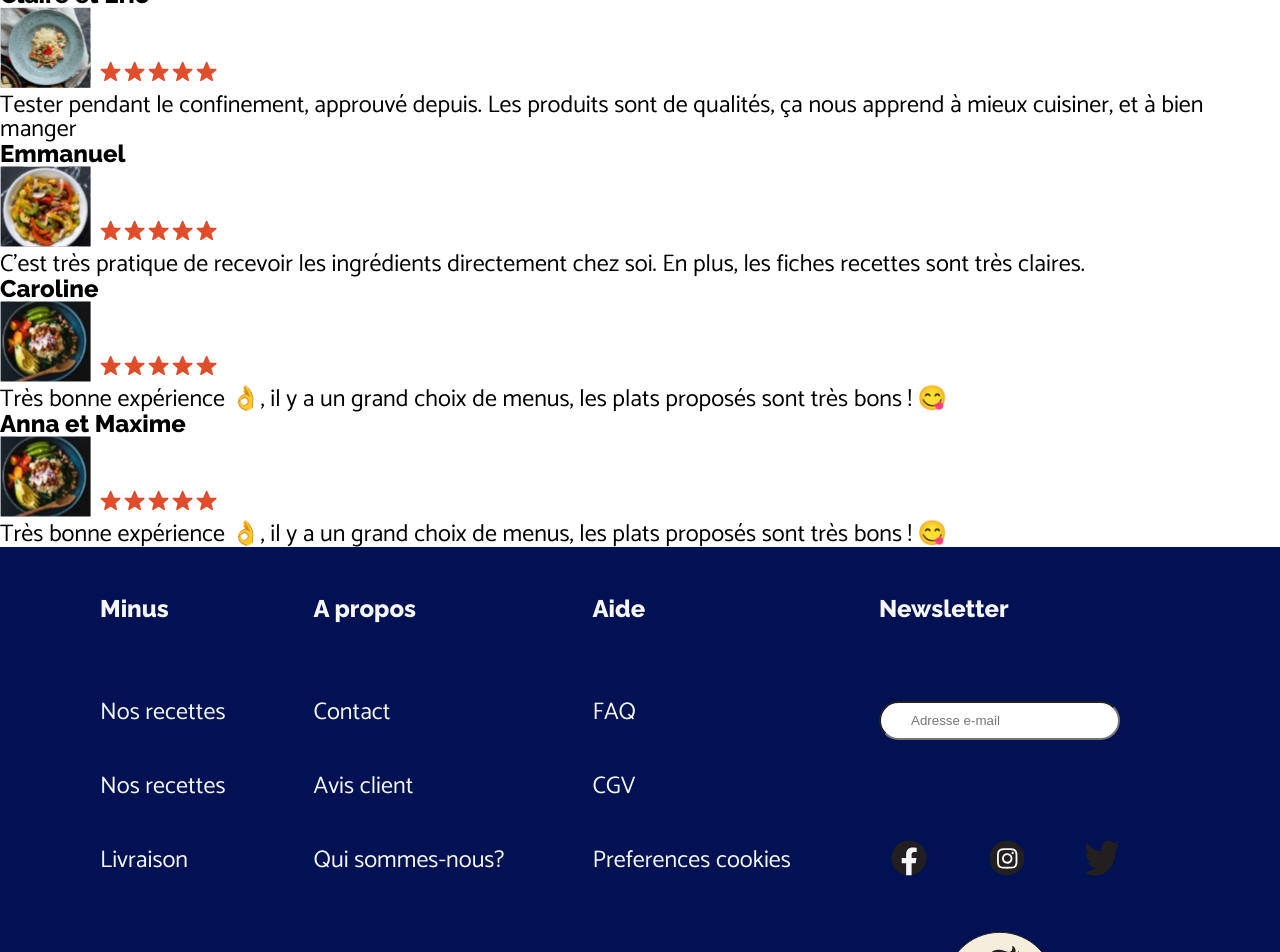
Repository: minus-team7/minus_team7
Page: minus_homepage.html
An editor plug-in stored every save of this project. The page is shown before and after a run of saves, followed by the edit.
The browser window is 1280 px wide. The pictures show the part of the page from y = 2789 to 3741 px (the page is 3837 px tall).
A picture or video elsewhere on the page could not be fetched, so the positions and the page height are approximate.

Above is the page before, as saved 2023-02-13 00:15:36.

### minus_homepage.html
<!DOCTYPE html>
<html lang="en">
<head>
    <meta charset="UTF-8">
    <meta http-equiv="X-UA-Compatible" content="IE=edge">
    <meta name="viewport" content="width=device-width, initial-scale=1.0">
    <link rel="preconnect" href="https://fonts.googleapis.com">
    <link rel="preconnect" href="https://fonts.gstatic.com" crossorigin>
    <link href="https://fonts.googleapis.com/css2?family=Catamaran:wght@100;200;300;400;500;700&family=Raleway:ital,wght@0,100;0,400;0,600;0,800;1,100&display=swap" rel="stylesheet">
    <link rel="stylesheet" href="reset.css">
    <link rel="stylesheet" href="minus_homepage.css">
    <title>Document</title>

</head>
<body>

    <div class="box">
        <img src="/assets/homepage_boxminus.svg" alt="homepage_boxminus">
    </div>

    <div class="bouton">
        <a href="#">Nos engagements</a>
    </div>
    <section class="nos-engagements">

        <div class="engagement">
            <img src="/assets/engagement_icone_qualite_produits.svg" alt="engagement_icone_qualite_produits">
            <h2>Qualité des produits</h2>
            <p>Nous travaillons avec les meilleurs fournisseurs pour sélectionner les ingrédients les plus frais et les plus savoureux.</p>
        </div>

        <div class="engagement">
            <img src="/assets/icone_notreexpertise_chef.svg" alt="icone_notreexpertise_chef">
            <h2>Notre expertise</h2>
            <p>Chaque produit est soumis à des contrôles rigoureux pour vous garantir des ingrédients de haute qualité.</p>
        </div>

        <div class="engagement">
            <img src="/assets/icone_livraison_camion.svg" alt="icone_livraison_camion">
            <h2>Livraison sur le lieu de garde de votre enfant</h2>
            <p>Nous adaptons la livraison selon vos demandes afin de vous garantir un service adéquat</p>
        </div>

        <div class="engagement">
            <img src="/assets/icone_varietes_recettes_bolcuisine.svg" alt="icone_varietes_recettes_bolcuisine">
            <h2>Variété des recettes</h2>
            <p> Nous vous offrons une gamme de recettes pour répondre à tous les goûts et toutes les envies.</p>
        </div>

    </section>

    <div class="bouton">
        <a href="#">Nos recettes</a>
    </div>

    <section class="nos-recettes">
        <div class="recette">
            <img src="/assets/recette_spaghetti_olive.svg" alt="recette_spaghetti_olive">
            <p>Spaghetti aux olives</p>

            <img src="/assets/recette_escalope_chèvre_épinards.svg" alt="recette_escalope_chèvre_épinards">
            <p>Escalope de chèvre</p>
        </div>

        <div class="recette">
            <img src="/assets/couscous_legumes_bio.svg" alt="couscous_legumes_bio">
            <p>Couscous légumes bio</p>

            <img src="/assets/recette_puree_legumes_vert.svg" alt="recette_puree_legumes_vert">
            <p>Purée légumes verts</p>


        </div>

        <div class="recette">
            <img src="/assets/recette_croissant_poulet_champi.svg" alt="recette_croissant_poulet_champi">
            <p>Croissants poulet</p>


            <img src="/assets/recette_spaghetti_olive.svg" alt="recette_spaghetti_olive">
            <p>Spaghetti aux olives</p>
        </div>

    </section>

    <div class="bouton">
        <a href="#">Bonus: Les p'tits desserts</a>
    </div>

    <section class="nos-desserts">

            <img src="/assets/carroussel_flèche_gauche.svg" alt="carroussel_flèche_gauche">
        <div class="dessert">
            <img src="/assets/photo_dessert_cupcake_biscuit.svg" alt="photo_dessert_cupcake_biscuit">
            <p>Cupcake biscuit</p>
        </div>

        <div class="dessert">
            <img src="/assets/photo_dessert_compotepoire.svg" alt="photo_dessert_compotepoire">
            <p>Compote poire</p>
        </div>

        <div class="dessert">
            <img src="/assets/photo_dessert_fruitsrougesrose.svg" alt="photo_dessert_fruitsrougesrose">
            <p>Tarte aux fruits rouges</p>
        </div>

            <img src="/assets/carroussel_fleche_droite.svg" alt="carroussel_fleche_droite">
    </section>


    <div class="bouton">
        <a href="#">Ce que pensent nos abonnés</a>
    </div>

    <section class="nos-avis">
        <div class="avis">
            <h2>Claire et Eric</h2>
            <img src="/assets/avis_plat_claireeteric_pancakes.svg" alt="avis_plat_claireeteric_pancakes">
            <img src="/assets/avis_étoiles.svg" alt="avis-étoiles">
            <p>Tester pendant le confinement, approuvé depuis. Les produits sont de qualités, ça nous apprend à mieux cuisiner, et à bien manger</p>
        </div>

        <div class="avis">
            <h2>Emmanuel</h2>
            <img src="/assets/avis_plat_emmanuel_poivrons.svg" alt="avis_plat_emmanuel_poivrons">
            <img src="/assets/avis_étoiles.svg" alt="avis-étoiles">
            <p>C'est très pratique de recevoir les ingrédients directement chez soi. En plus, les fiches recettes sont très claires.</p>
        </div>

        <div class="avis">
            <h2>Caroline</h2>
            <img src="/assets/avis_plat_caroline_quinoabowl.svg" alt="avis_plat_caroline_quinoabowl">
            <img src="/assets/avis_étoiles.svg" alt="avis-étoiles">
            <p>Très bonne expérience 👌, il y a un grand choix de menus, les plats proposés sont très bons ! 😋</p>
        </div>

        <div class="avis">
            <h2>Anna et Maxime</h2>
            <img src="/assets/avis_plat_caroline_quinoabowl.svg" alt="avis_plat_caroline_quinoabowl">
            <img src="/assets/avis_étoiles.svg" alt="avis-étoiles">
            <p>Très bonne expérience 👌, il y a un grand choix de menus, les plats proposés sont très bons ! 😋</p>
        </div>




    </section>








    <!-- footer  -->
    <div class="footer">
        <ul>
            <li class="titre-footer">Minus</li>
            <li><a href="#"> Nos recettes</a></li>
            <li><a href="#"> Nos recettes</a></li>
            <li><a href="#"> Livraison</a></li>
        </ul>
        <ul>
            <li class="titre-footer">A propos</li>
            <li><a href="#"> Contact</a></li>
            <li><a href="#"> Avis client</a></li>
            <li><a href="#"> Qui sommes-nous?</a></li>
        </ul>
        <ul>
            <li class="titre-footer">Aide</li>
            <li><a href="#"> FAQ</a></li>
            <li><a href="#"> CGV</a></li>
            <li><a href="#"> Preferences cookies</a></li>
        </ul>
        <ul>
            <li class="titre-footer">Newsletter</li>
            <li>
                <input class="newsletter" type="text" placeholder="Adresse e-mail">
            </li>
            <li>
                <ul class="reseaux-sociaux">
                    <li><a href="#"><img src="/assets/logo_facebook.svg" alt="fb"></a></li>
                    <li><a href="#"><img src="/assets/logo_instagram.svg" alt="insta"></a></li>
                    <li><a href="#"><img src="/assets/logo_twitter.svg" alt="twitter"></a></li>
                </ul>
            </li>
            <li class="logo-minus-footer"><a href="#"> <img src="/assets/Logo_minus_rondtête.svg" alt="logo-minus-footer"></a></li>

        </ul>


    </div>
</body>
</html>

### minus_homepage.css
/* footerr */
body{
    font-family: 'Catamaran',sans-serif;
    font-size: 24px;
}


h2{
    font-family: 'Raleway',sans-serif;
    font-weight: bold;
}


.box img{
    width: 70%;
    display: flex;
    margin: 50px auto;

}

.bouton{
    display: flex;
    align-items: center;
    justify-content: center;
    margin: 50px 0;
}

.bouton a{
    border:#E14D2A 2px solid;
    border-radius: 20px;
    padding: 20px;
    background-color: #F5EEDC;
    text-decoration: none;
    font-family: 'Raleway',sans-serif;
    font-weight: bold;
    color: #001253;

}

.nos-engagements{
    display: flex;
    flex-direction: row;
    flex-wrap: wrap;
    justify-content: space-between;
    margin-bottom: 100px;

}
.engagement{
    width: 20%;
    display: flex;
    flex-direction: column;
    min-width: 220px;
    margin-right: 30px;
    align-items: center;
    text-align: center;
}

.engagement h2, .engagement p{
    margin: 10px 0;
}

.nos-recettes{
    display: flex;
    justify-content: space-around;
    flex-wrap: wrap;
}

.recette{
    display: flex;
    flex-direction: column;
}

.recette p{
    margin-bottom: 50px;
    margin-top: 20px;
    text-align: center;
}

.nos-desserts{
    display: flex;
    justify-content: space-between;
    flex-wrap: wrap ;
    text-align: center;
}

.footer{

    display: flex;
    flex-direction: row;
    justify-content: space-between;
    background-color:  #001253;
    color: #f6f6f6;
    padding: 0 100px;
    flex-wrap: wrap;
}

.footer ul{
    list-style-type: none;
    margin-right: 60px;

}

.footer ul li{
    margin-top: 50px;
}
.footer a{
    text-decoration: none;
    color: #f6f6f6;
}
.footer a:hover{
    text-decoration:underline;
    color: #E14D2A;
}
.titre-footer{
    font-weight: bold;
    margin-bottom: 80px;
    font-family: 'raleway',sans-serif;

}
.newsletter{
    padding: 10px 30px;
    border-radius: 20px
}
.reseaux-sociaux{
    width: 100%;
    display: flex;
    flex-direction: row;
    justify-content: space-between;
}
.logo-minus-footer{
    display: flex;
    justify-content: center;
}

Loaded but not shown: reset.css (common file)

After the next 2 saves:
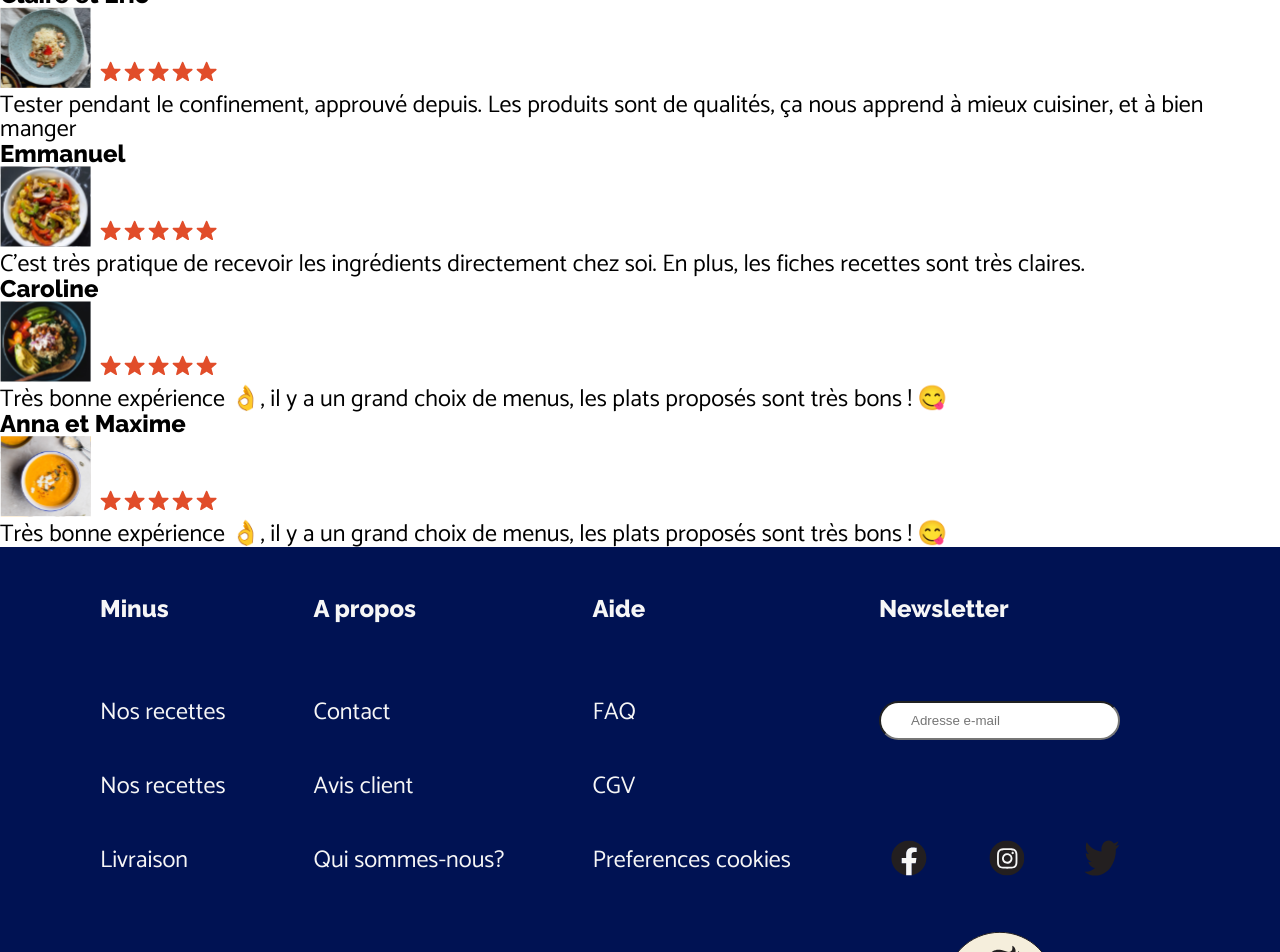
The 2 saves are shown as one change because they came seconds apart.
The last was saved 7 s later.
--- a/minus_homepage.html
+++ b/minus_homepage.html
@@ -137,7 +137,7 @@
 
         <div class="avis">
             <h2>Anna et Maxime</h2>
-            <img src="/assets/avis_plat_caroline_quinoabowl.svg" alt="avis_plat_caroline_quinoabowl">
+            <img src="/assets/avis_plat_annaetmaxime_soupepotiron.svg" alt="avis_plat_caroline_quinoabowl">
             <img src="/assets/avis_étoiles.svg" alt="avis-étoiles">
             <p>Très bonne expérience 👌, il y a un grand choix de menus, les plats proposés sont très bons ! 😋</p>
         </div>
